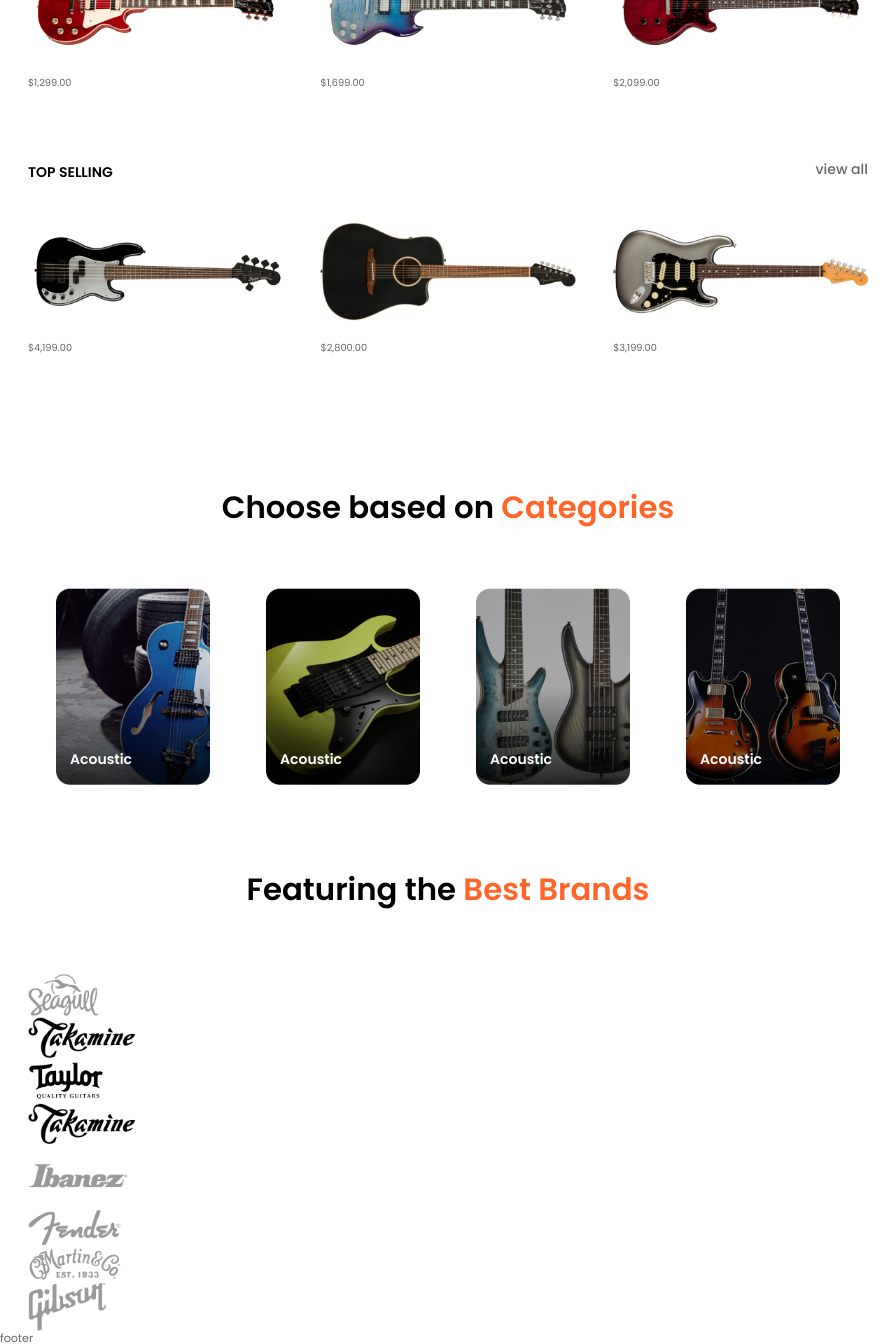
Repository: MorgunovaAlexandra/verstka-gitare-store
Page: index.html
An editor plug-in stored every save of this project. The page is shown before and after a run of saves, followed by the edit.
The browser window is 1280 px wide. The pictures show the part of the page from y = 1040 to 2960 px (the page is 2960 px tall before and 2540 px after), at 70% of full size.

Above is the page before, as saved 2022-06-11 17:44:07.

### index.html
<!DOCTYPE html>
<html lang="en">
<head>
    <meta charset="UTF-8">
    <meta http-equiv="X-UA-Compatible" content="IE=edge">
    <meta name="viewport" content="width=device-width, initial-scale=1.0">
    <link rel="stylesheet" href="./style.css">
    <title>Document</title>
</head>
<body>
    <div class="wrapper">
        <header class="header">
            <div class="header__container _container">
                <a href="" class="header__logo">
                    <img src="./img/logo.svg" alt="">
                </a>
                <nav class="header__menu menu">
                    <ul class="menu__list">
                        <li class="menu__item">
                            <a href="" class="menu__link">Store</a>
                        </li>
                        <li class="menu__item">
                            <a href="" class="menu__link">Collections</a>
                        </li>
                        <li class="menu__item">
                            <a href="" class="menu__link">Support</a>
                        </li>
                    </ul>
                </nav>
            </div>
        </header>
        <main class="page">
            <section class="page__main main">
                <div class="main__container _container">
                    <div class="main__content">
                        <h1 class="main__title">Browse top quality <span>Guitars</span> online</h1>
                        <p class="main__text">Explore 50k+ latest collections of branded guitars online with Rhythm.</p>
                        <div class="main_actions actions-main">
                            <a href="" class="actions-main__button">Get the App</a>
                            <div class="actions-main__icon"><img src="./img/Group.png" alt="playMarket"></div>
                            <div class="actions-main__icon"><img src="./img/Apple logo.png" alt="apple"></div>
                        </div>
                    </div>
                    <div class="main_decor decor-main">
                        <div class="decor-main__image">
                            <img  src="./img/unsplash_H6j0Zsy91WY.png"alt="Main">
                        </div>
                    </div>
                </div>
            </section>
            <section class="page_store store">
               <div class="store_container _container">
                   <h2 class="store_title _title">
                    Check out the <span>Store</span>
                   </h2>
                   <div class="store__body body-store">
                       <div class="body-store__header">
                           <div class="body-store__title">NEW ON THE BOARD</div>
                           <a class="body-store__all">view all</a>
                       </div>
                       <div class="body-store__items">
                           <div class="body-store__item item">
                             <a href="" class="item__image">
                                 <img class="img-gitara" src="./img/1gitara.jpg" alt="gitare">
                             </a>
                             <div class="item__title">The Essential Les Paul</div>
                             <div class="item__price">$1,299.00</div>
                           </div>
                           <div class="body-store__item item">
                            <a href="" class="item__image">
                                <img  class="img-gitara" src="./img/2gitare.jpg" alt="gitare">
                            </a>
                            <div class="item__title">J-45 Standard</div>
                            <div class="item__price">$1,699.00</div>
                          </div>
                          <div class="body-store__item item">
                            <a href="" class="item__image">
                                <img  class="img-gitara" src="./img/3gitare.jpg" alt="gitare">
                            </a>
                            <div class="item__title">Hummingbird Standard</div>
                            <div class="item__price">$2,099.00</div>
                          </div>

                       </div>
                    <div class="body-store__header he">
                        <div class="body-store__title">TOP SELLING</div>
                        <a class="body-store__all">view all</a>
                    </div>
                       <div class="body-store__items">
                        <div class="body-store__item item">
                            <a href="" class="item__image">
                                <img class="img-gitara" src="./img/4gitare.jpg" alt="gitare">
                            </a>
                            <div class="item__title">Active Precision Bass® PH V</div>
                            <div class="item__price">$4,199.00</div>
                        </div>
                        <div class="body-store__item item">
                            <a href="" class="item__image">
                                <img class="img-gitara" src="./img/5gitare.jpg" alt="gitare">
                            </a>
                            <div class="item__title">Redondo Special</div>
                            <div class="item__price">$2,800.00</div>
                        </div>
                        <div class="body-store__item item">
                            <a href="" class="item__image">
                                <img class="img-gitara" src="./img/6gitare.jpg" alt="gitare">
                            </a>
                            <div class="item__title">Professional II Stratocaster®</div>
                            <div class="item__price">$3,199.00</div>
                        </div>
                      </div>
                   </div>
               </div>
            </section>
            <section class="page_categories categories">
              <div class="categories__container _container">
                <h2 class="categories__title _title">
                    Choose based on <span>Categories</span>
                </h2>
                <div class="categories__items">
                   <div class="categories__item item">

                       <img class="item__img" src="./img/categories/Rectangle 139.jpg">
                        <h2 class="item__title">Acoustic</h2>
                   </div>
                   <div class="categories__item item">
                    <img class="item__img" src="./img/categories/Rectangle 140.jpg">
                     <h2 class="item__title">Acoustic</h2>
                </div>
                <div class="categories__item item">
                    <img class="item__img" src="./img/categories/Rectangle 141.jpg">
                     <h2 class="item__title">Acoustic</h2>
                </div>
                <div class="categories__item item">
                    <img class="item__img" src="./img/categories/Rectangle 142.jpg">
                     <h2 class="item__title">Acoustic</h2>
                </div>
                </div>
              </div>

            </section>
            <section class="page__brand brand">
                <div class="brand__container _container">
                    <h2 class="brand__title _title">Featuring the <span>Best Brands</span></h2>

                <div class="brand__items">
                   <div class="brand__item item">
                      <img src="./img/brand/Frame.jpg" alt="brand">
                   </div>
                  <div class="brand__item item">
                    <img src="./img/brand/Group.jpg" alt="brand">
                  </div>
                  <div class="brand__item item">
                    <img src="./img/brand/Group.png" alt="brand">
                  </div>
                  <div class="brand__item item">
                    <img src="./img/brand/Group — копия.png" alt="brand">
                  </div>
                  <div class="brand__item item">
                    <img src="./img/brand/image 3.png" alt="brand">
                  </div>
                  <div class="brand__item item">
                    <img src="./img/brand/image 4.png" alt="brand">
                  </div>
                  <div class="brand__item item">
                    <img src="./img/brand/image 6.png" alt="brand">
                  </div>
                  <div class="brand__item item">
                    <img src="./img/brand/image 8.png" alt="brand">
                  </div>
                </div>
                </div>
            </section>
        </main>
        <footer class="footer">footer</footer>
    </div>

</body>
</html>

### style.css
@import url('https://fonts.googleapis.com/css2?family=Poppins:wght@400;500;600&display=swap');
*,*::before,*::after{
    margin: 0;
    padding: 0;
    box-sizing: border-box;
    border: none;
}
html,body{
    height: 100%;
    min-width: 320px;
}
body{
    line-height: 1;
    font-family: Poppins;
    font-size: 16px;
    color:#666666;
}
ul{}
li{
    list-style: none;
}
a{
    text-decoration: none;
    color:#666666;
    font-weight: 500;

}
/*-----------------------------------*/
._container{
    max-width: 1230px;
    margin: 0 auto;
    padding: 0px 15px;
}
._title{
    font-size: 44px;
    line-height: 52px;
    color:black
}
._title span{
    color:#FF6428
}
/*-----------------------------------*/
.wrapper{
    display: flex;
    flex-direction: column;
    min-height: 100%;
    overflow: hidden;
}

/*------------------header------------------*/
.header__container{
    display: flex;
    gap:131px;
    min-height: 152px;
    align-items: center;
}
.header__logo{

}
.menu__list{
    display: flex;
    gap:56px;
}
.menu__item{
padding: 5px;
background-color:rgba(255,255,255,0.5);
}
.header{
    position: absolute;
    top:0;
    left: 0;
    width: 100%;
    z-index: 20;
}
@media(max-width:1092px) {
    .header__container{
        gap:50px;
        min-height: 100px;
    }
    .menu__list{
        gap:40px;
    }
}
@media(max-width:768.98px){
    .header__container{
        min-height: 50px;
    }
}
@media(max-width:479.98px){
    .menu__list{
        gap:20px
    }
    .header__logo{
        width: 28px;
        overflow: hidden;
        flex: 0 0 28px
    }
    .header__container{
        gap:20px;
    }
    .menu{
        padding: 0;
    }
}
/*------------------main------------------*/
.page{
    flex:1 1 auto
}
.page__main {
}
.main {
    padding-bottom: 80px;
}
.main__container {
    display: flex;
}
._container {
}
.main__content {
    display: flex;
    flex-direction: column;
    justify-content: space-between;
    flex:1 1 50%;
    align-self: flex-end;
    padding-bottom: 60px;
    padding-top: 120px;
    padding-right: 20px;
}
.main__title {
    font-size: 3.5rem;
    line-height: 67px;
    color:black;
    margin-bottom: 16px;
}
.main__title span{
    color:#FF6428
}
.main__text {
    margin-bottom: 34px;
    font-size: 1.5rem;
}
.main_actions {
}
.actions-main {
    display: flex;
    gap: 40px;
    align-items: center;
}
.actions-main__button {
    background-color: #FF6428;
    color:white;
    padding: 18px 48px;
    border-radius: 40px;
    text-align: center;
    transition: all 0.3s ease 0s;
}
.actions-main__button:hover{
    background-color:#b03808
}
.actions-main__icon {
}
.main_decor {
    flex:1 1 50%
}
.decor-main {
}
.decor-main__image {
    margin-right: -135px;
    position: relative;


}
.decor-main__image img{
    max-width: 672px;
}
.decor-main__image::after{
    content: "";
    background: url("./img/Group\ 5189.png");
    width: 80px;
    height: 80px;
    position: absolute;
    right: 36%;
    bottom: 0;
    transform: translate(0,50%);
}
@media(max-width:1092px){
    .decor-main__image img{
        width: 100%;

    }
    .main__content {
        flex:0 0 60%;
        padding-bottom: 0;
    }
    .main_decor {
        flex:0 0 40%
    }
}
@media(max-width:767.97px){
    .main_decor {
        display: none;
    }
    .main__content {
        flex: 1 1 100%;
        padding-right: 0;
        padding-top: 80px;
    }
    .main__title {
        font-size: 44px;
    }
}
@media(max-width:497.98px){
    .actions-main__button {
        flex:1 1 100%;
    }
    .actions-main__icon {
        display: none;
    }
}
/*-----------SECTION2--------------*/
.store_title{
    text-align: center;
    margin-bottom: 92px;
}

.page_store {
}
.store {
    padding-top: 80px;
    padding-bottom: 90px;
}
.store_container {
}
._container {
}


.store__body {
}
.body-store {
}
.body-store__header {
    display: flex;
    justify-content: space-between;
    gap:15px;
    margin-bottom: 32px;
}
.body-store__title {
    font-size: 20px;
    line-height: 30px;
    color:black;
    font-weight: 600;
}
.body-store__all {
    font-weight: 500;
    font-size: 20px;
}
.body-store__items{
    display: flex;
    justify-content: space-between;
    flex-wrap: wrap;
    margin-bottom: 102px;
}
.item__title{
    font-size: 16px;
    font-weight: 500;
    color:#121212;
    line-height: 24px;
    margin-bottom: 7px;
}
.item__price{
    font-size: 14px;
    line-height: 21px;
    font-weight: 400;
}
.item__image{
    padding-bottom: 40px;

}
.img-gitara{
    max-width: 364px;
}
@media(max-width:767.97px){
    .he{
        display: none;
    }
    .item{
        max-width: 50%;
    }
    .img-gitara{
        width: 100%;
    }
}
@media(max-width:497.98px){
    .he{
        display: none;
    }
    .item{
        max-width: 90%;
    }
    .img-gitara{
        width: 100%;
    }
    .body-store__items{
        justify-content: center;
    }
    .body-store__items{
        margin-bottom: 0;
    }
    .store_title {
        margin-bottom: 10px;
    }
    .store {
        padding-top: 0px;
    }
    .body-store__title {
        font-size: 16px;
    }
    .main{
        padding-bottom: 18px;
    }
}


/*----------SECTION3----------------------*/
.categories__items{
    display: flex;
    justify-content: space-around;
    flex-wrap: wrap;
}
.categories__title{
    text-align: center;
    margin-bottom: 80px;
}
.categories__item{
    position: relative;
    padding: 10px;
}
.item__title{
    position: absolute;
    top:80%;
    left: 30px;
    color:white;
    font-weight: 600;
    font-size: 20px;
}
.page_categories{
    padding-bottom: 110px;
}
/*----------------------------SECTION BRAND------------*/
.page__brand{

}
.brand__title{
    text-align: center;
    margin-bottom: 96px;
}
.brand__items{

}

After the next 6 saves:
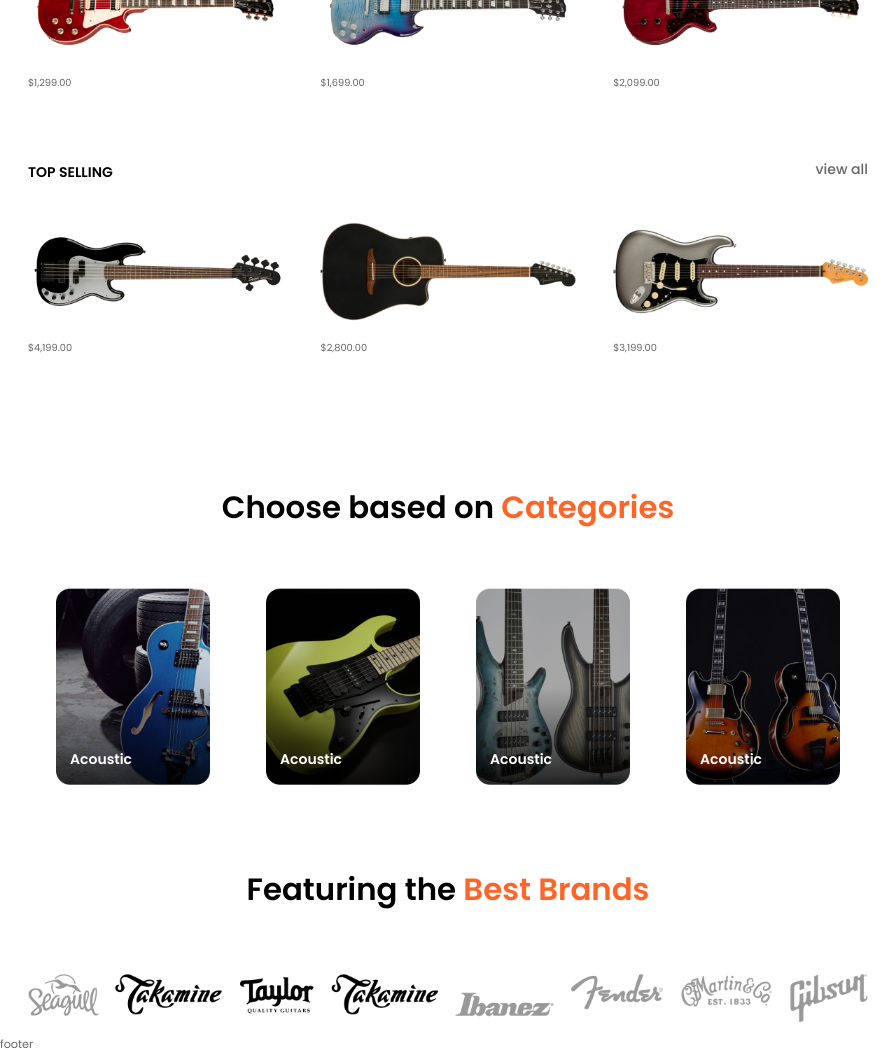
The 6 saves are shown as one change because they came seconds apart.
The last was saved 31 s later.
--- a/style.css
+++ b/style.css
@@ -356,5 +356,6 @@
     margin-bottom: 96px;
 }
 .brand__items{
-
-}
+    display: flex;
+    justify-content: space-between;
+}
